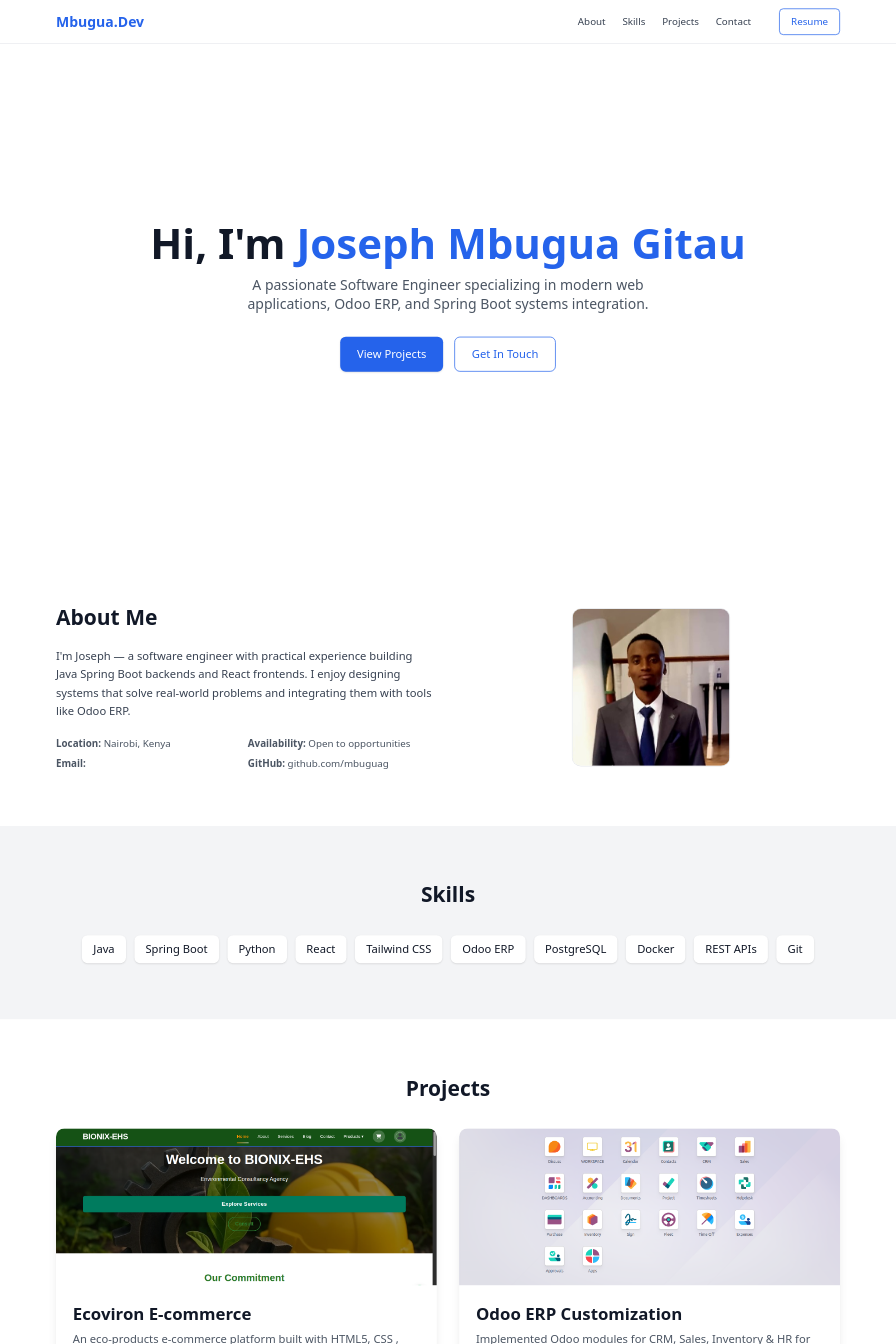
Repository: mbuguag/Portfolio
Page: /
These files come from the project's save history. The page is drawn as it stood at one moment and after a run of saves; the edit follows.
The browser window is 1280 px wide. The pictures show the part of the page from y = 0 to 1920 px (the page is 2749 px tall), at 70% of full size.
The project was rebuilt for these pictures with package versions that can differ from the ones it lists, and the page was loaded fresh each time. Also part of the build but not shown: vite.config.js.

Above is the page before, as saved 2025-10-24 11:00:01.

### index.html
<!doctype html>
<html lang="en">
  <head>
    <meta charset="UTF-8" />
    <link rel="icon" type="image/svg+xml" href="/vite.svg" />
    <meta name="viewport" content="width=device-width, initial-scale=1.0" />
    <title>dev-portfolio</title>
  </head>
  <body>
    <div id="root"></div>
    <script type="module" src="/src/main.jsx"></script>
  </body>
</html>

### src/App.jsx
import React from "react";
import Navbar from "./components/Navbar";
import Hero from "./components/Hero";
import About from "./components/About";
import Skills from "./components/Skills";
import Projects from "./components/Projects";
import Contact from "./components/Contact";
import Footer from "./components/Footer";

export default function App() {
  return (
    <div className="antialiased">
      <Navbar />
      <main className="pt-16">
        <Hero />
        <About />
        <Skills />
        <Projects />
        <Contact />
      </main>
      <Footer />
    </div>
  );
}

### src/index.css
@tailwind base;
@tailwind components;
@tailwind utilities;

/* Global */
:root {
  scroll-behavior: smooth;
}

body {
  @apply bg-white text-gray-900 dark:bg-gray-900 dark:text-gray-100 font-sans;
}

/* container helper */
.container {
  @apply max-w-6xl mx-auto px-4;
}

/* small utility */
.section-title {
  @apply text-3xl font-semibold mb-6;
}

.card {
  @apply bg-white dark:bg-gray-800 rounded-xl shadow-sm overflow-hidden;
}

### src/components/Navbar.jsx
import React from "react";

export default function Navbar() {
  return (
    <header className="fixed top-0 left-0 right-0 z-50 bg-white/80 dark:bg-gray-900/80 backdrop-blur-sm border-b border-gray-200 dark:border-gray-800">
      <div className="container flex items-center justify-between py-3">
        <a href="#home" className="text-xl font-bold text-blue-600">Mbugua.Dev</a>

        <nav className="hidden md:flex gap-6 items-center text-sm text-gray-700 dark:text-gray-300">
          <a href="#about" className="hover:text-blue-600">About</a>
          <a href="#skills" className="hover:text-blue-600">Skills</a>
          <a href="#projects" className="hover:text-blue-600">Projects</a>
          <a href="#contact" className="hover:text-blue-600">Contact</a>
          <a
            href="/resume.pdf"
            className="ml-4 inline-block px-4 py-2 text-sm border rounded-md border-blue-600 text-blue-600 hover:bg-blue-600 hover:text-white transition"
            download
          >
            Resume
          </a>
        </nav>

        {/* mobile placeholder (expand later if you want a menu) */}
        <div className="md:hidden text-sm text-gray-700 dark:text-gray-300">
          <a href="#projects" className="px-3 py-1 bg-blue-600 text-white rounded-md">View Work</a>
        </div>
      </div>
    </header>
  );
}

### src/components/Hero.jsx
export default function Hero() {
  return (
    <section id="home" className="flex flex-col items-center justify-center text-center min-h-screen px-6">
      <h1 className="text-4xl sm:text-6xl font-bold mb-4">
        Hi, I'm <span className="text-blue-600">Joseph Mbugua Gitau</span>
      </h1>
      <p className="text-lg sm:text-xl text-gray-600 dark:text-gray-300 max-w-2xl">
        A passionate Software Engineer specializing in modern web applications, Odoo ERP, and Spring Boot systems integration.
      </p>
      <div className="mt-8 flex gap-4">
        <a href="#projects" className="px-6 py-3 bg-blue-600 text-white rounded-lg shadow hover:bg-blue-700 transition">View Projects</a>
        <a href="#contact" className="px-6 py-3 border border-blue-600 text-blue-600 rounded-lg hover:bg-blue-600 hover:text-white transition">Get In Touch</a>
      </div>
    </section>
  );
}

### src/components/About.jsx
import React from "react";

export default function About() {
  return (
    <section id="about" className="py-20">
      <div className="container grid md:grid-cols-2 gap-10 items-center">
        <div>
          <h2 className="section-title">About Me</h2>
          <p className="text-gray-700 dark:text-gray-300 leading-relaxed">
            I'm Joseph — a software engineer with practical experience building
            Java Spring Boot backends and React frontends.
            I enjoy designing systems that solve real-world problems and integrating
            them with tools like Odoo ERP.
          </p>

          <ul className="mt-6 grid grid-cols-2 gap-2 text-sm text-gray-600 dark:text-gray-400">
            <li><strong>Location:</strong> Nairobi, Kenya</li>
            <li><strong>Availability:</strong> Open to opportunities</li>
            <li><strong>Email:</strong> </li>
            <li><strong>GitHub:</strong> github.com/mbuguag</li>
          </ul>
        </div>

        <div className="flex justify-center">
          <div className="w-56 h-56 rounded-xl overflow-hidden ring-1 ring-gray-200 dark:ring-gray-700">
            <img
              src="/Profile.jpg"
              alt="Joseph Mbugua"
              className="w-full h-full object-cover"
            />
          </div>
        </div>
      </div>
    </section>
  );
}

### src/components/Skills.jsx
const skills = [
  "Java", "Spring Boot", "Python", "React", "Tailwind CSS",
  "Odoo ERP", "PostgreSQL", "Docker", "REST APIs", "Git"
];

export default function Skills() {
  return (
    <section id="skills" className="py-20 bg-gray-100 dark:bg-gray-800">
      <h2 className="text-3xl font-bold mb-10 text-center">Skills</h2>
      <div className="flex flex-wrap justify-center gap-3">
        {skills.map((skill) => (
          <span key={skill} className="px-4 py-2 bg-white dark:bg-gray-700 shadow rounded-lg">
            {skill}
          </span>
        ))}
      </div>
    </section>
  );
}

### src/components/Projects.jsx
const projects = [
  {
    title: "Ecoviron E-commerce",
    description: "An eco-products e-commerce platform built with HTML5, CSS , JavaScript & Spring Boot backend.",
    image: "/Bionix.png",
    link: "https://www.bionix-hse.co.ke",
  },
  {
    title: "Odoo ERP Customization",
    description: "Implemented Odoo modules for CRM, Sales, Inventory & HR for business automation.",
    image: "/Odoo.png",
    link: "#",
  },
];

export default function Projects() {
  return (
    <section id="projects" className="py-20 container">
      <h2 className="text-3xl font-bold mb-10 text-center">Projects</h2>
      <div className="grid md:grid-cols-2 gap-8">
        {projects.map((proj) => (
          <div key={proj.title} className="bg-white dark:bg-gray-800 rounded-xl shadow-lg overflow-hidden">
            <img src={proj.image} alt={proj.title} className="w-full h-56 object-cover" />
            <div className="p-6">
              <h3 className="text-2xl font-semibold mb-2">{proj.title}</h3>
              <p className="text-gray-600 dark:text-gray-300 mb-4">{proj.description}</p>
              <a href={proj.link} target="_blank" className="text-blue-600 hover:text-blue-800 dark:text-blue-400 dark:hover:text-blue-200">View Project →</a>
            </div>
          </div>
        ))}
      </div>
    </section>
  );
}

### src/components/Contact.jsx
export default function Contact() {
  return (
    <section id="contact" className="py-20 bg-gray-100 dark:bg-gray-800">
      <h2 className="text-3xl font-bold mb-10 text-center">Contact Me</h2>
      <form className="max-w-lg mx-auto space-y-4">
        <input type="text" placeholder="Your Name" className="w-full p-3 rounded-lg border dark:bg-gray-700 dark:border-gray-600" />
        <input type="email" placeholder="Your Email" className="w-full p-3 rounded-lg border dark:bg-gray-700 dark:border-gray-600" />
        <textarea placeholder="Your Message" rows="5" className="w-full p-3 rounded-lg border dark:bg-gray-700 dark:border-gray-600"></textarea>
        <button className="w-full bg-blue-600 text-white py-3 rounded-lg hover:bg-blue-700 transition">Send Message</button>
      </form>
    </section>
  );
}

### src/components/Footer.jsx
export default function Footer() {
  return (
    <footer className="py-6 text-center text-gray-500 dark:text-gray-400 border-t border-gray-200 dark:border-gray-700">
      © {new Date().getFullYear()} Joseph Mbugua Gitau. All rights reserved.
    </footer>
  );
}

Loaded but not shown: src/main.jsx (common file); tailwind.config.js (common file)

After the next 2 saves:
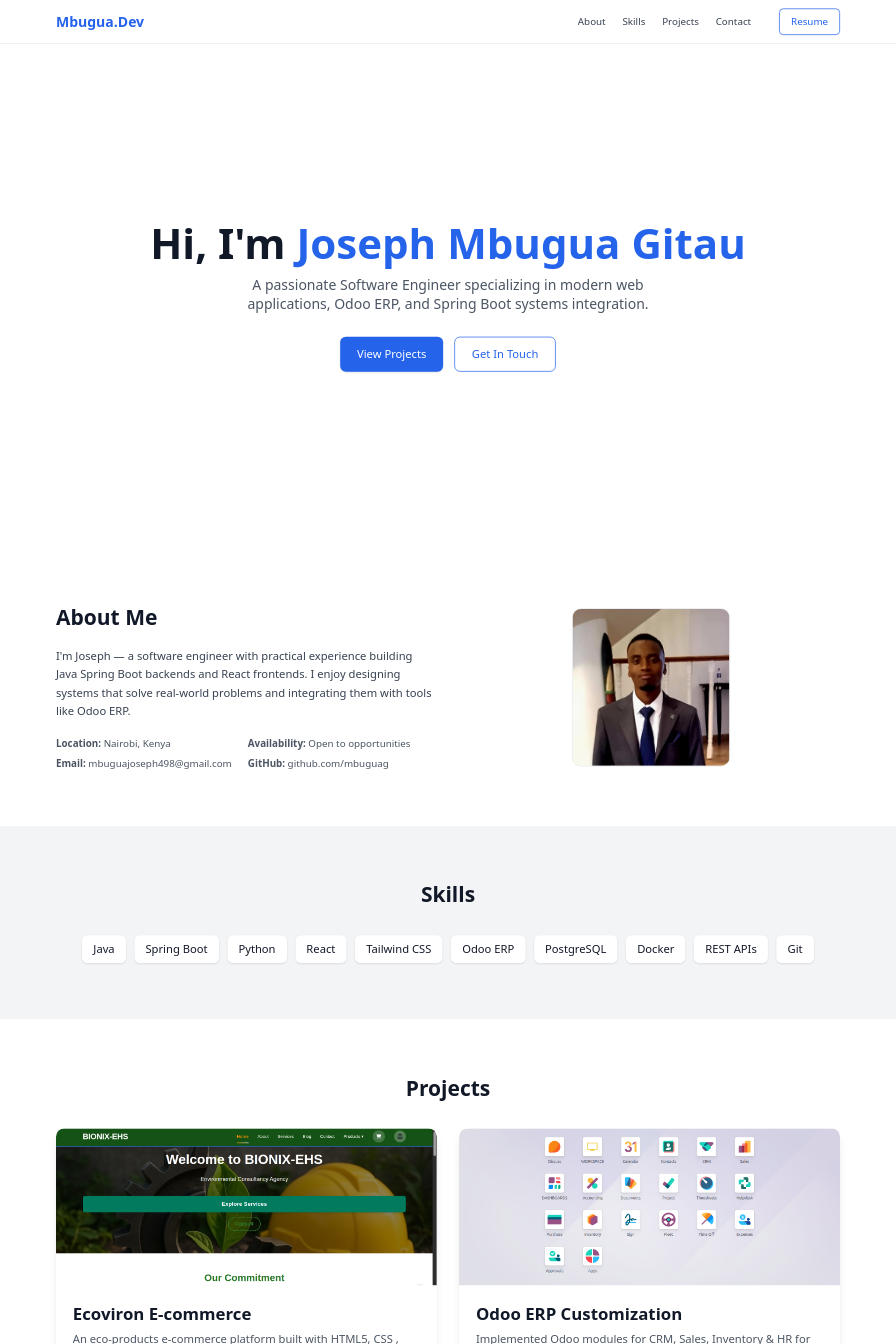
The 2 saves are shown as one change because they came seconds apart.
The last was saved 27 s later.
--- a/src/components/About.jsx
+++ b/src/components/About.jsx
@@ -16,7 +16,7 @@
           <ul className="mt-6 grid grid-cols-2 gap-2 text-sm text-gray-600 dark:text-gray-400">
             <li><strong>Location:</strong> Nairobi, Kenya</li>
             <li><strong>Availability:</strong> Open to opportunities</li>
-            <li><strong>Email:</strong> </li>
+            <li><strong>Email:</strong> mbuguajoseph498@gmail.com</li>
             <li><strong>GitHub:</strong> github.com/mbuguag</li>
           </ul>
         </div>
